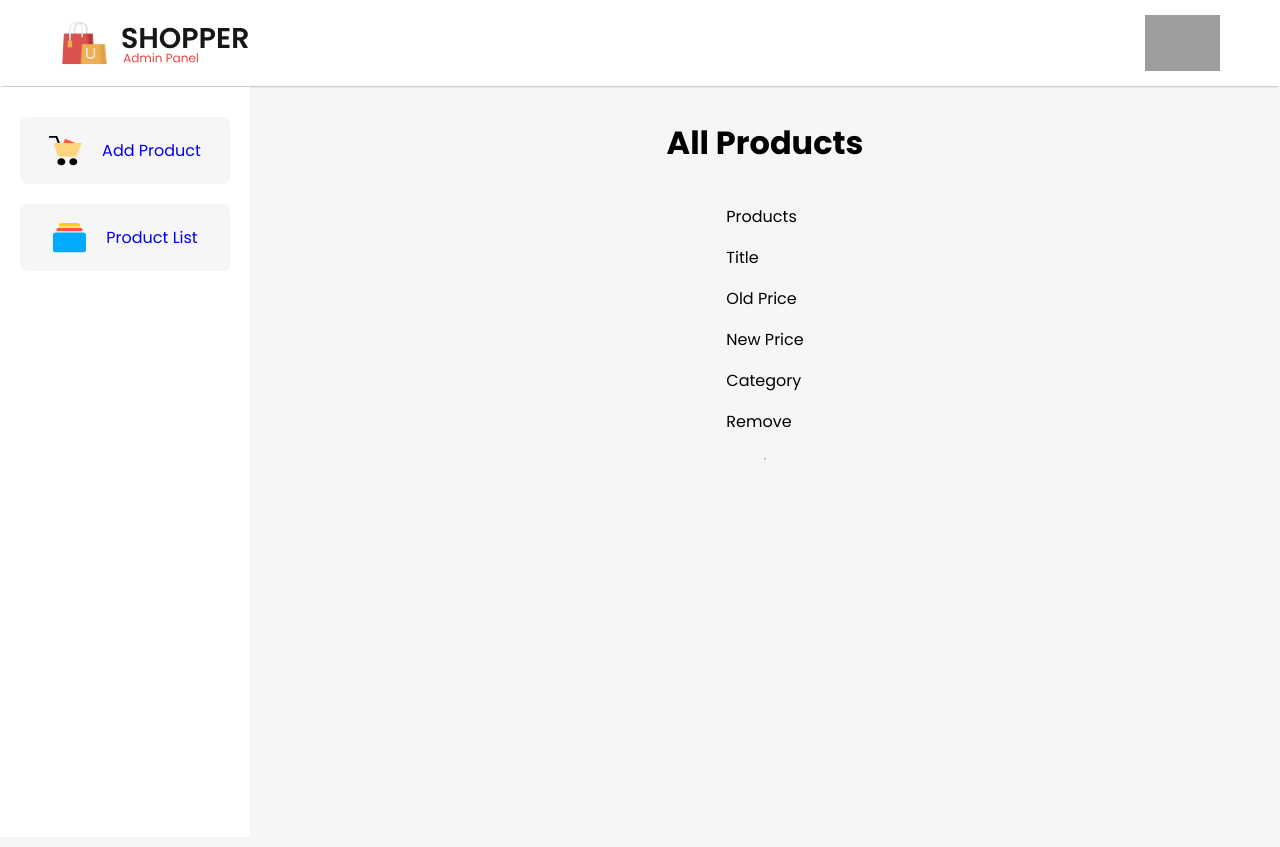
Repository: AiTrinh303/Simple-Shop
Page: /listproduct (app in admin/)
These files come from the project's save history. The page is drawn as it stood at one moment and after a run of saves; the edit follows.
The browser window is 1280 px wide. The pictures show the whole page.
Pictures or frames that could not be fetched are drawn as grey boxes. The page's requests for data from a server got no answer. The project was rebuilt for these pictures with package versions that can differ from the ones it lists, and the page was loaded fresh each time. No one was signed in, and anything a server would have sent is missing. Also part of the build but not shown: admin/vite.config.js, admin/src/Components/AddProduct/AddProduct.css, admin/src/Components/AddProduct/AddProduct.jsx.

Above is the page before, as saved 2024-07-05 22:23:11.

After the next 2 saves:
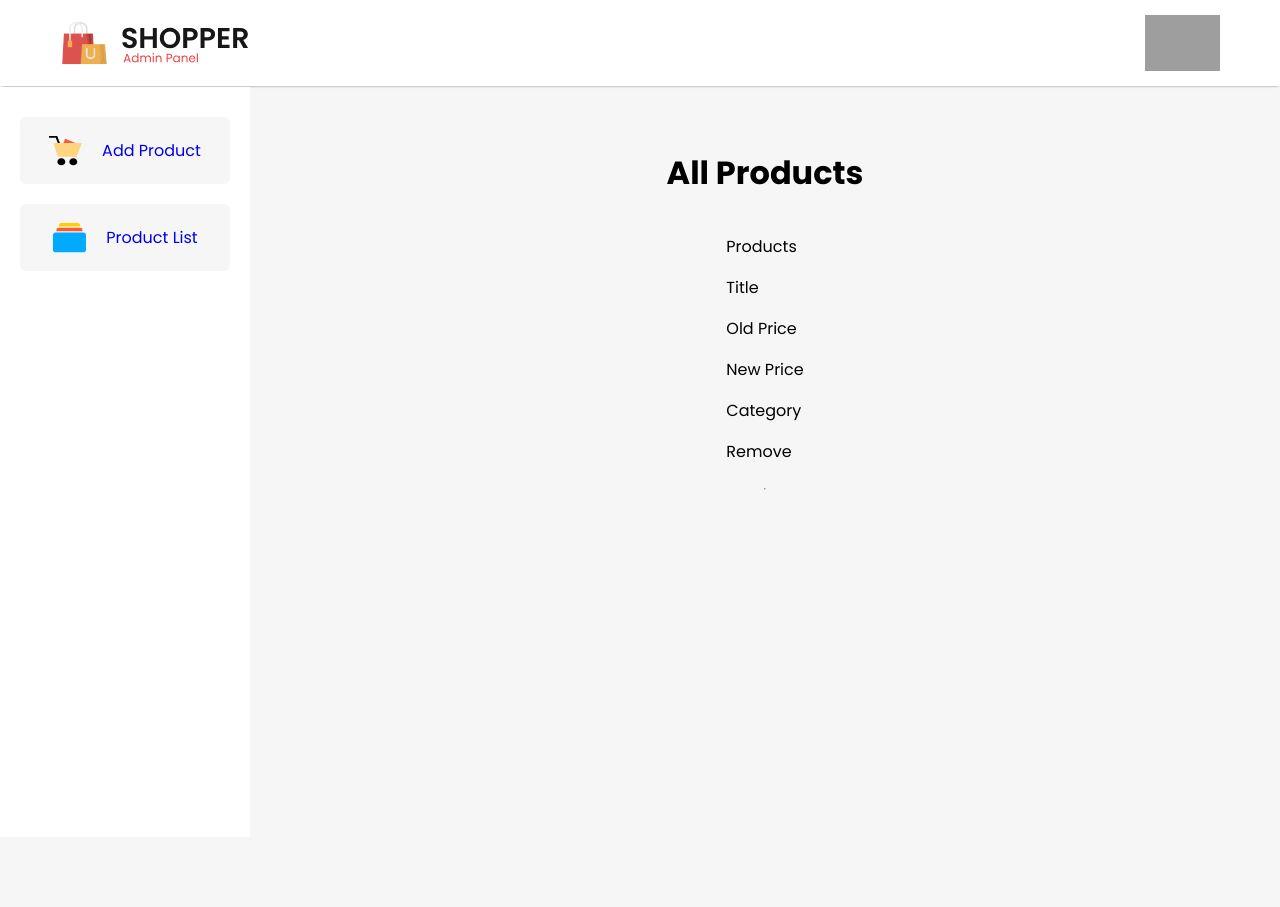
The 2 saves are shown as one change because they came seconds apart.
The last was saved 9 s later.
--- a/admin/src/Components/ListProduct/ListProduct.css
+++ b/admin/src/Components/ListProduct/ListProduct.css
@@ -5,5 +5,6 @@
     width: 100%;
     height: 740px;
     padding: 10px 50px;
-    margin:
+    margin: 30px;
+    border-radius: ;
 }
